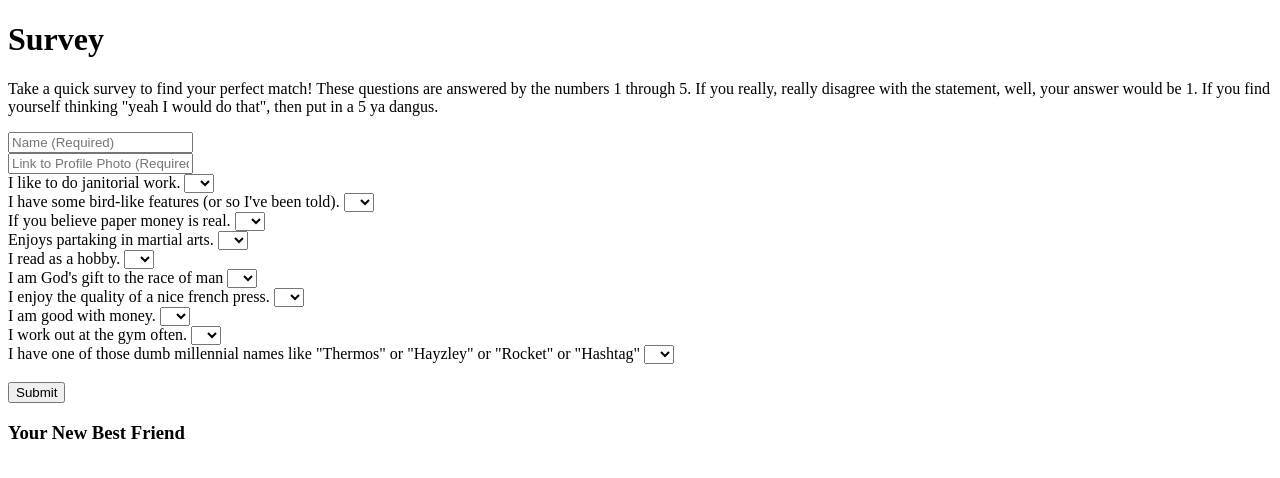
Repository: kcummings1/Mate-Matcher
Page: public/survey.html
These files come from the project's save history. The page is drawn as it stood at one moment and after the next save; the edit follows.
The browser window is 1280 px wide. The pictures show the whole page.
Some web libraries are served in a nearby version.

Above is the page before, as saved 2019-10-04 18:12:03.

### public/survey.html
<!DOCTYPE html>
<html>

<head>
    <title>Friend Finder | Survey</title>

</head>

<body>
    <div class="container content">
        <h1>Survey</h1>
        <p>Take a quick survey to find your perfect match! These questions are answered by the numbers 1 through 5. If
            you really, really disagree with the statement, well, your answer would be 1. If you find yourself thinking
            "yeah I would do that", then put in a 5 ya dangus.</p>
        <form>
            <div class="form-group">
                <input id="name" type="text" class="form-control" placeholder="Name (Required)">
            </div>
            <div class="form-group">
                <input id="photo" type="text" class="form-control" placeholder="Link to Profile Photo (Required)">
            </div>
            <div class="form-group">
                <label for="question1">I like to do janitorial work.</label>
                <select class="form-control" id="question1">
                    <option value="empty"></option>
                    <option value="1">1</option>
                    <option value="2">2</option>
                    <option value="3">3</option>
                    <option value="4">4</option>
                    <option value="5">5</option>
                </select>
            </div>
            <div class="form-group">
                <label for="question2">I have some bird-like features (or so I've been told).</label>
                <select class="form-control" id="question2">
                    <option value="empty"></option>
                    <option value="1">1</option>
                    <option value="2">2</option>
                    <option value="3">3</option>
                    <option value="4">4</option>
                    <option value="5">5</option>
                </select>
            </div>
            <div class="form-group">
                <label for="question3">If you believe paper money is real.</label>
                <select class="form-control" id="question3">
                    <option value="empty"></option>
                    <option value="1">1</option>
                    <option value="2">2</option>
                    <option value="3">3</option>
                    <option value="4">4</option>
                    <option value="5">5</option>
                </select>
            </div>
            <div class="form-group">
                <label for="question4">Enjoys partaking in martial arts.</label>
                <select class="form-control" id="question4">
                    <option value="empty"></option>
                    <option value="1">1</option>
                    <option value="2">2</option>
                    <option value="3">3</option>
                    <option value="4">4</option>
                    <option value="5">5</option>
                </select>
            </div>
            <div class="form-group">
                <label for="question5">I read as a hobby.</label>
                <select class="form-control" id="question5">
                    <option value="empty"></option>
                    <option value="1">1</option>
                    <option value="2">2</option>
                    <option value="3">3</option>
                    <option value="4">4</option>
                    <option value="5">5</option>
                </select>
            </div>
            <div class="form-group">
                <label for="question6">I am God's gift to the race of man</label>
                <select class="form-control" id="question6">
                    <option value="empty"></option>
                    <option value="1">1</option>
                    <option value="2">2</option>
                    <option value="3">3</option>
                    <option value="4">4</option>
                    <option value="5">5</option>
                </select>
            </div>
            <div class="form-group">
                <label for="question7">I enjoy the quality of a nice french press.</label>
                <select class="form-control" id="question7">
                    <option value="empty"></option>
                    <option value="1">1</option>
                    <option value="2">2</option>
                    <option value="3">3</option>
                    <option value="4">4</option>
                    <option value="5">5</option>
                </select>
            </div>
            <div class="form-group">
                <label for="question8">I am good with money.</label>
                <select class="form-control" id="question8">
                    <option value="empty"></option>
                    <option value="1">1</option>
                    <option value="2">2</option>
                    <option value="3">3</option>
                    <option value="4">4</option>
                    <option value="5">5</option>
                </select>
            </div>
            <div class="form-group">
                <label for="question9">I work out at the gym often.</label>
                <select class="form-control" id="question9">
                    <option value="empty"></option>
                    <option value="1">1</option>
                    <option value="2">2</option>
                    <option value="3">3</option>
                    <option value="4">4</option>
                    <option value="5">5</option>
                </select>
            </div>
            <div class="form-group">
                <label for="question10">I have one of those dumb millennial names like "Thermos" or "Hayzley" or
                    "Rocket" or "Hashtag"</label>
                <select class="form-control" id="question10">
                    <option value="empty"></option>
                    <option value="1">1</option>
                    <option value="2">2</option>
                    <option value="3">3</option>
                    <option value="4">4</option>
                    <option value="5">5</option>
                </select>
            </div>
        </form>
        <div class="text-center"><br>
            <button id="submitBtn" type="submit" class="btn btn-success btn-lg">Submit</button>
        </div>

        <!-- Modal after survey completion -->
        <div id="bestFriendModal" class="modal fade" role="dialog">
            <div class="modal-dialog">
                <div class="modal-content">
                    <div class="modal-header">

                        <h3 class="modal-title">Your New Best Friend</h1>
                    </div>
                    <div class="modal-body">
                        <h2 id="bestFriend"></h2>

                    </div>
                    <div class="modal-footer">
                        <!-- <img id="bestFriendPhoto" src="#"> <button type="button" class="btn btn-default" data-dismiss="modal">Close</button> -->
                    </div>
                </div>
            </div>
        </div>
    </div>



    <script src="https://code.jquery.com/jquery-3.2.1.min.js"
        integrity="sha256-hwg4gsxgFZhOsEEamdOYGBf13FyQuiTwlAQgxVSNgt4=" crossorigin="anonymous"></script>
    <script src="https://maxcdn.bootstrapcdn.com/bootstrap/3.3.7/js/bootstrap.min.js"></script>
</body>

</html>

<script type="text/javascript">
    $("#submitBtn").on("click", function (event) {
        event.preventDefault();
        // Form validation
        var valid = true;
        if ($("#name").val() === "" ||
            $("#photo").val() === "") {
            valid = false;
        } else if ($("#question1").val() === "empty" ||
            $("#question2").val() === "empty" ||
            $("#question3").val() === "empty" ||
            $("#question4").val() === "empty" ||
            $("#question5").val() === "empty" ||
            $("#question6").val() === "empty" ||
            $("#question7").val() === "empty" ||
            $("#question8").val() === "empty" ||
            $("#question9").val() === "empty" ||
            $("#question10").val() === "empty") {
            valid = false;
        }
        if (valid === true) {
            var newUser = {
                name: $("#name").val().trim(),
                photo: $("#photo").val().trim(),
                scores: [
                    $("#question1").val(),
                    $("#question2").val(),
                    $("#question3").val(),
                    $("#question4").val(),
                    $("#question5").val(),
                    $("#question6").val(),
                    $("#question7").val(),
                    $("#question8").val(),
                    $("#question9").val(),
                    $("#question10").val()
                ]
            };
            var currentURL = window.location.origin;
            // Ajax call for receiving response after POST req
            $.post(currentURL + "/api/friends", newUser, function (data) {
                $("#bestFriend").text(data.name);
                $("#bestFriendPhoto").attr("src", data.photo);
                $("#bestFriendModal").modal("toggle");
            });
        } else {
            // If a required field is missing, show alert
            alert("Survey is incomplete!");
        }
    });
</script>

After the next save:
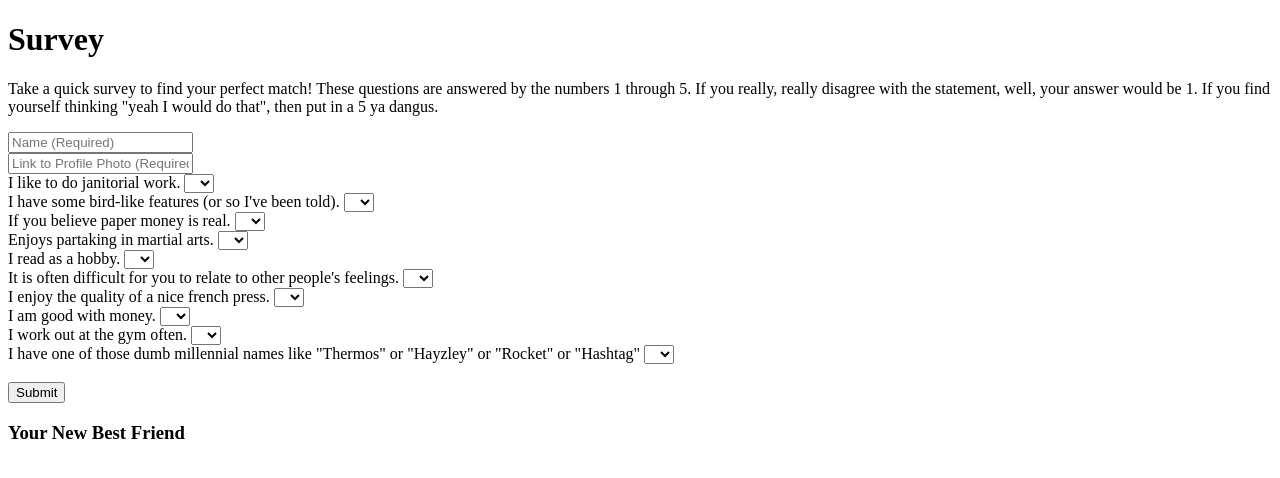
Saved 3 min 14 s later.
--- a/public/survey.html
+++ b/public/survey.html
@@ -75,7 +75,7 @@
                 </select>
             </div>
             <div class="form-group">
-                <label for="question6">I am God's gift to the race of man</label>
+                <label for="question6">It is often difficult for you to relate to other people's feelings.</label>
                 <select class="form-control" id="question6">
                     <option value="empty"></option>
                     <option value="1">1</option>
